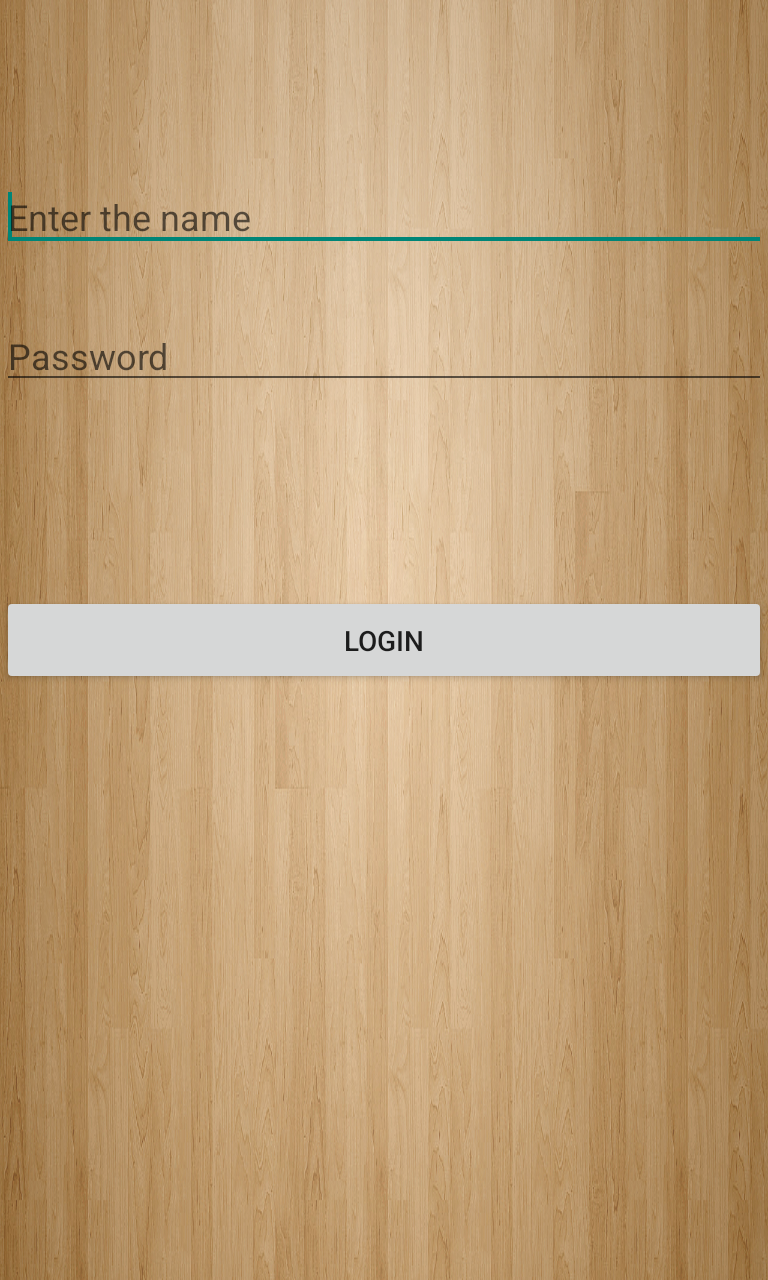
Repository: vipinvkamara/SampleProgram
Layout: SharedPreferance/res/layout/activity_main.xml
An editor plug-in stored every save of this project. The layout is shown before and after the next save, followed by the edit.
It is drawn on a 768 x 1280 px phone screen (xhdpi) without system bars, with theme AppTheme; the app's code is not run.

Above is the layout before, as saved 2015-01-02 07:48:05.

### SharedPreferance/res/layout/activity_main.xml
<RelativeLayout xmlns:android="http://schemas.android.com/apk/res/android"
    xmlns:tools="http://schemas.android.com/tools"
    android:layout_width="match_parent"
    android:layout_height="match_parent"
    android:background="@drawable/wood"
    tools:context="com.example.sharedpreferance.MainActivity" >

    <EditText
        android:id="@+id/editText1"
        android:layout_width="match_parent"
        android:layout_height="wrap_content"
        android:layout_alignParentLeft="true"
        android:layout_alignParentTop="true"
        android:layout_marginTop="86dp"
        android:ems="10"
        android:hint="Enter the name" >

        <requestFocus />
    </EditText>

    <EditText
        android:id="@+id/editText2"
        android:layout_width="match_parent"
        android:layout_height="wrap_content"
        android:layout_below="@+id/editText1"
        android:layout_centerHorizontal="true"
        android:layout_marginTop="28dp"
        android:ems="10"
        android:hint="Password"
        android:inputType="textPassword" />

    <Button
        android:id="@+id/button1"
        android:layout_width="match_parent"
        android:layout_height="wrap_content"
        android:onClick="OnLogin"
        android:layout_alignLeft="@+id/editText2"
        android:layout_centerVertical="true"
        android:text="Login" />

</RelativeLayout>

Loaded but not shown: SharedPreferance/res/values/styles.xml (common file); SharedPreferance/res/values-v11/styles.xml (common file); SharedPreferance/res/values-v14/styles.xml (common file)

After the next save:
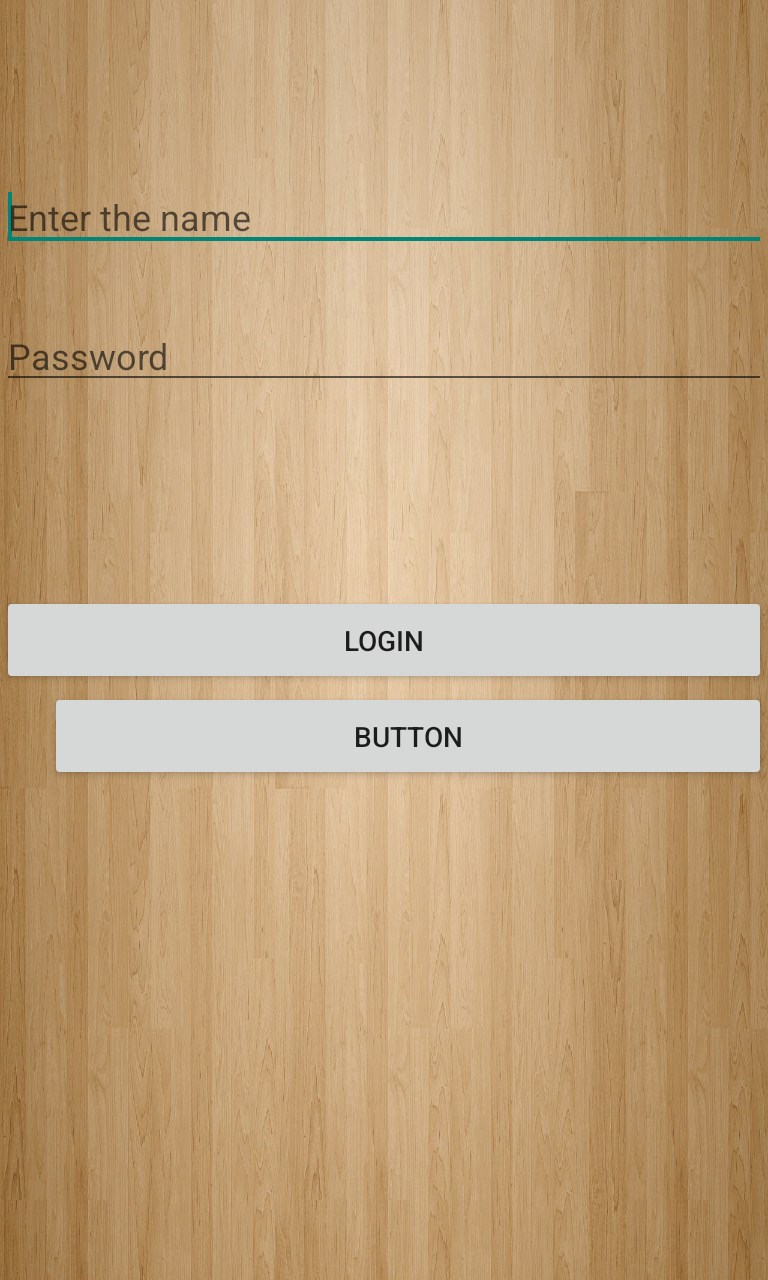
Saved 32 min 18 s later.
--- a/SharedPreferance/res/layout/activity_main.xml
+++ b/SharedPreferance/res/layout/activity_main.xml
@@ -38,4 +38,13 @@
         android:layout_centerVertical="true"
         android:text="Login" />
 
+    <Button
+        android:id="@+id/button2"
+        android:layout_width="match_parent"
+        android:layout_height="wrap_content"
+        android:layout_alignParentLeft="true"
+        android:layout_below="@+id/button1"
+        android:layout_marginLeft="24dp"
+        android:text="Button" />
+
 </RelativeLayout>
